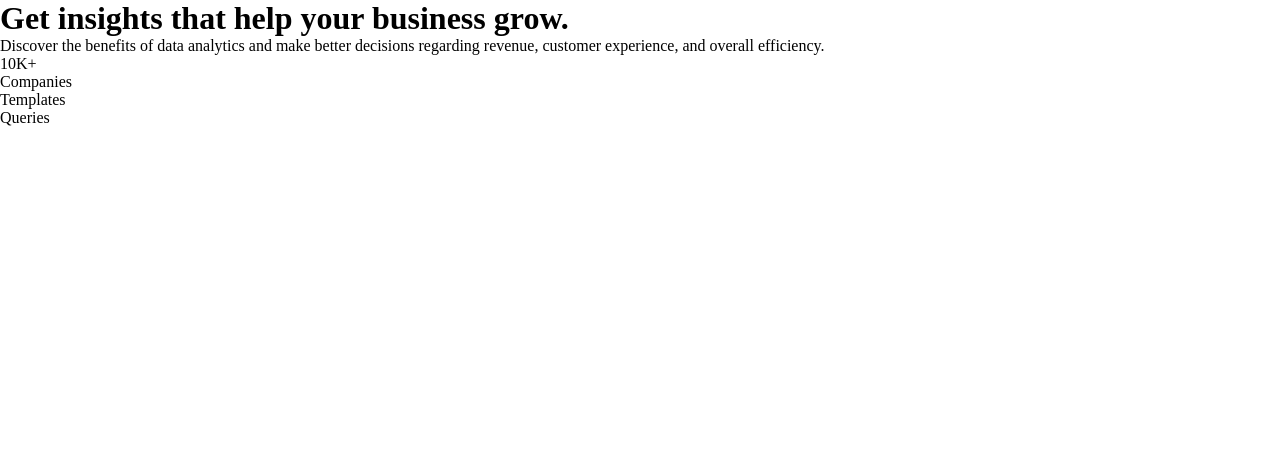
Repository: keisewarsame/stats-preview-frontendmentor
Page: index.html
An editor plug-in stored every save of this project. The page is shown before and after the next save, followed by the edit.
The browser window is 1280 px wide. The pictures show the whole page.

Above is the page before, as saved 2022-07-12 12:45:04.

After the next save:
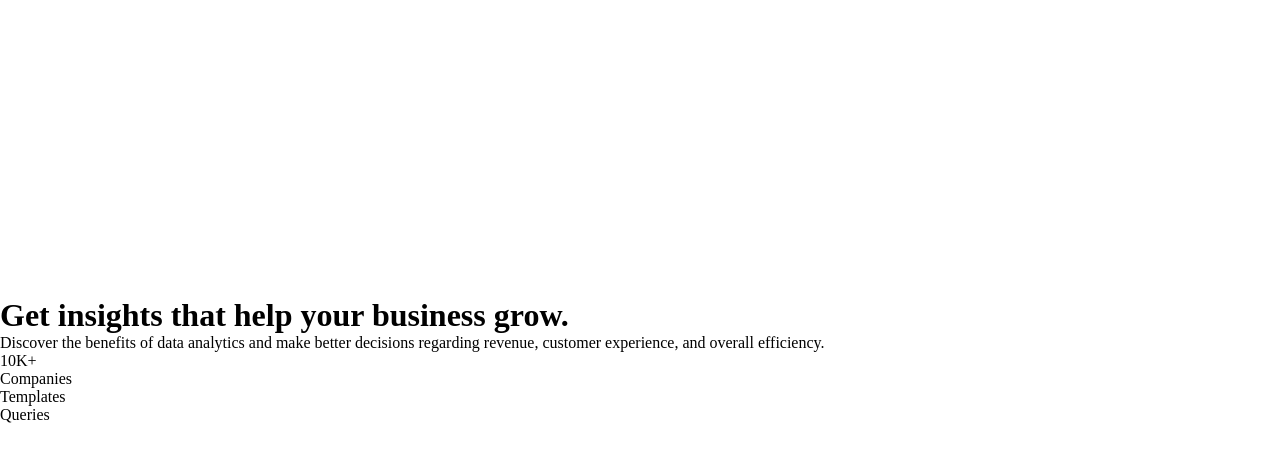
Saved 4 s later.
--- a/styles.css
+++ b/styles.css
@@ -8,5 +8,5 @@
 body {
     display: flex;
     align-items: center;
-    heigh
+    height: 100vh;
 }
